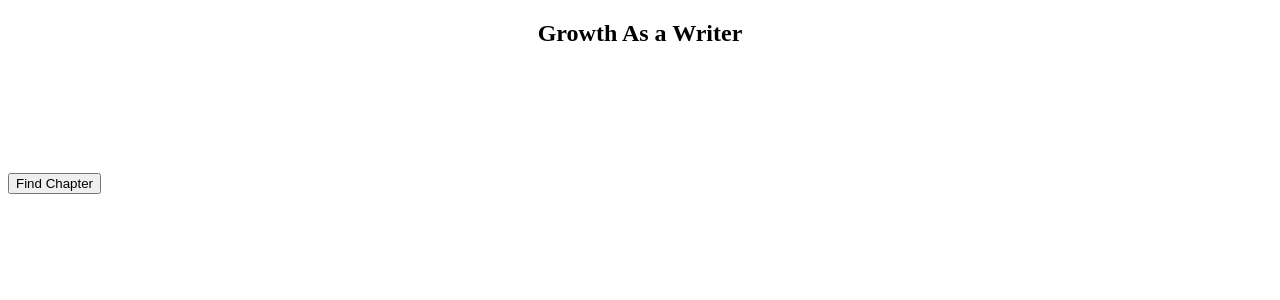
Repository: jpaisiem/WP-4
Page: index.html
The author's editor kept a copy of each file at every save. The page is drawn from the files as they stood at one save, then again after the next save.
The browser window is 1280 px wide. The pictures show the whole page.

Above is the page before, as saved 2025-04-29 11:46:28.

### index.html
<!DOCTYPE html>
<html>
<head>
<meta name="viewport" content="width=device-width, initial-scale=1">
<style>
/* Popup container - can be anything you want */
.popup {
  position: relative;
  display: inline-block;
  cursor: pointer;
  -webkit-user-select: none;
  -moz-user-select: none;
  -ms-user-select: none;
  user-select: none;
  text-align: left;
}

/* The actual popup */
.popup .popuptext {
  visibility: hidden;
  width: fit-content;
  background-color: #555;
  color: #fff;
  text-align: center;
  border-radius: 6px;
  padding: 8px 0;
  position: absolute;
  z-index: 1;
  bottom: 125%;
  left: 50%;
  margin-left: -80px;
}

/* Popup arrow */
.popup .popuptext::after {
  content: "";
  position: absolute;
  top: 100%;
  left: 50%;
  margin-left: -5px;
  border-width: 5px;
  border-style: solid;
  border-color: #555 transparent transparent transparent;
}

/* Toggle this class - hide and show the popup */
.popup .show {
  visibility: visible;
  -webkit-animation: fadeIn 1s;
  animation: fadeIn 1s;
}

/* Add animation (fade in the popup) */
@-webkit-keyframes fadeIn {
  from {opacity: 0;}
  to {opacity: 1;}
}

@keyframes fadeIn {
  from {opacity: 0;}
  to {opacity:1 ;}
}
</style>
</head>
<body style="text-align:center">

<h2>Growth As a Writer</h2>

<div class="popup" onclick="myFunction()" style="margin-top: 10%; text-align: left; display: flex; flex-direction: row;"><button>Find Chapter</button>
  <span class="popuptext" id="myPopup"> <table>
    <tr>
      <td><a href="#">Chapter 1</a></td>
      <td><a href="#">Chapter 2</a></td>
      <td><a href="#">Chapter 3</a></td>
    </tr>
    <tr>
      <td><a href="#">Chapter 4</a></td>
      <td><a href="#">Chapter 5</a></td>
      <td><a href="#">Chapter 6</a></td>
    </tr>
  </table></span>
</div>
<script>
// When the user clicks on div, open the popup
function myFunction() {
  var popup = document.getElementById("myPopup");
  popup.classList.toggle("show");
}
</script>

</body>
</html>

After the next save:
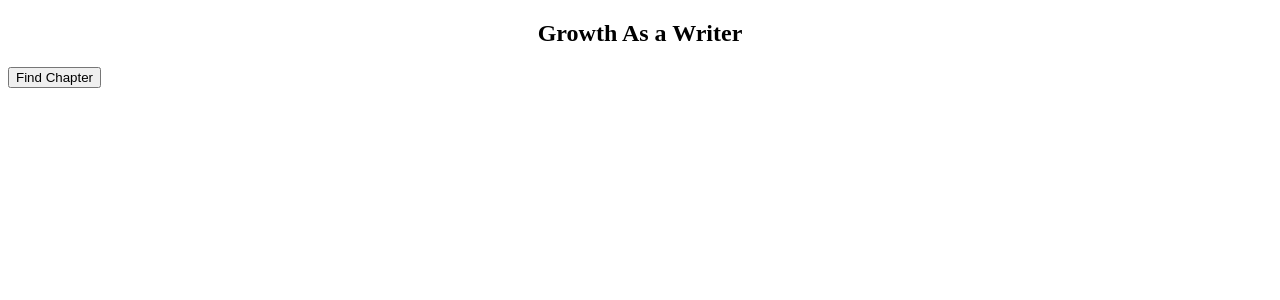
Saved 21 s later.
--- a/index.html
+++ b/index.html
@@ -66,7 +66,7 @@
 
 <h2>Growth As a Writer</h2>
 
-<div class="popup" onclick="myFunction()" style="margin-top: 10%; text-align: left; display: flex; flex-direction: row;"><button>Find Chapter</button>
+<div class="popup" onclick="myFunction()" style=" text-align: left; display: flex; flex-direction: row;"><button>Find Chapter</button>
   <span class="popuptext" id="myPopup"> <table>
     <tr>
       <td><a href="#">Chapter 1</a></td>
